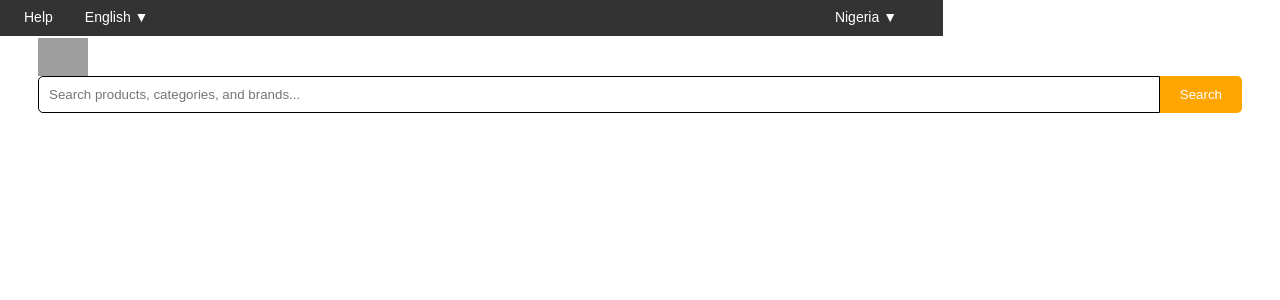
Repository: Femi007-gh/e-commerce
Page: index.html
An editor plug-in stored every save of this project. The page is shown before and after a run of saves, followed by the edit.
The browser window is 1280 px wide. The pictures show the whole page.
Pictures or frames that could not be fetched are drawn as grey boxes.

Above is the page before, as saved 2025-04-28 17:15:34.

After the next 2 saves:
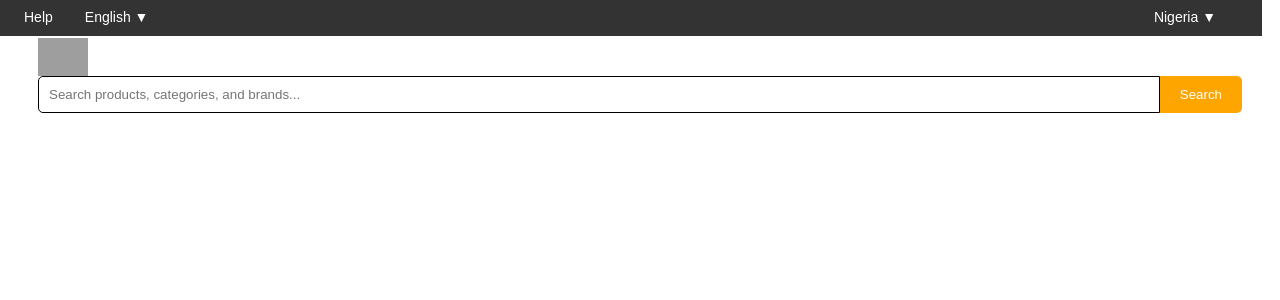
The 2 saves are shown as one change because they came seconds apart.
The last was saved 18 s later.
--- a/style.css
+++ b/style.css
@@ -3,7 +3,7 @@ body{
 }
 .div1{
   background-color: #595959;
-  width: 945px;
+  width: 100%;
   height: 30px;
   margin-left: -10px;
   margin-top: -10px;
